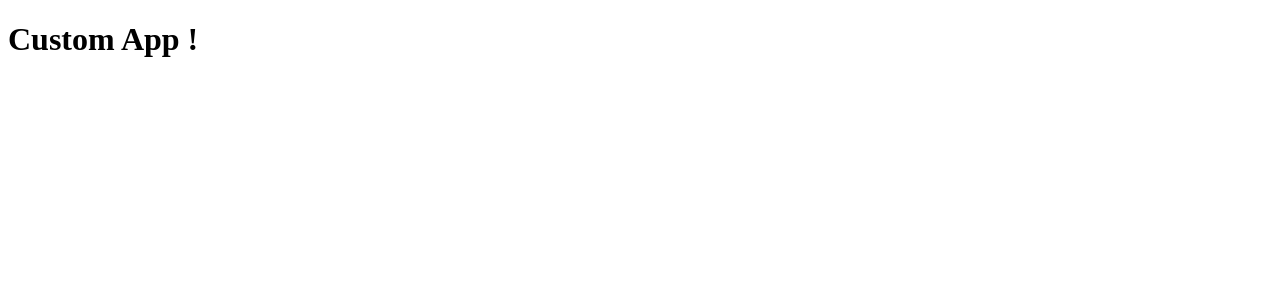
Repository: VishwaGoswami1407/React
Page: / (app in 01vitereact/)
These files come from the project's save history. The page is drawn as it stood at one moment and after the next save; the edit follows.
The browser window is 1280 px wide. The pictures show the whole page.
The project was rebuilt for these pictures with package versions that can differ from the ones it lists, and the page was loaded fresh each time. Also part of the build but not shown: 01vitereact/vite.config.js.

Above is the page before, as saved 2024-10-18 14:31:51.

After the next save:
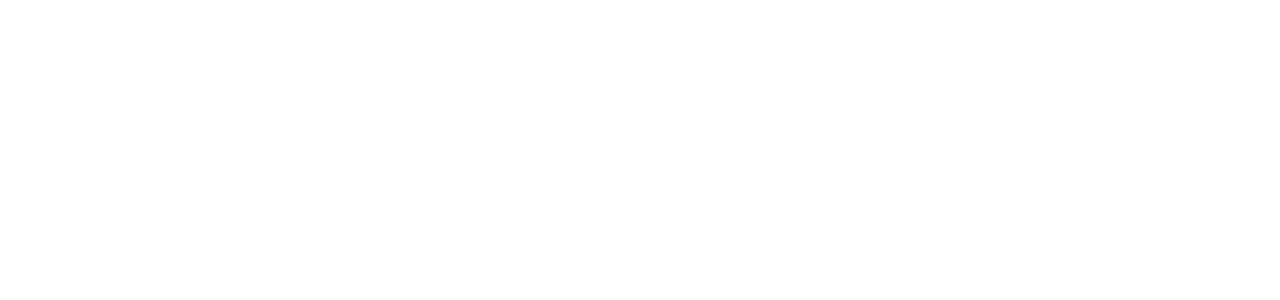
Saved 2 min 6 s later.
--- a/01vitereact/src/main.jsx
+++ b/01vitereact/src/main.jsx
@@ -1,4 +1,3 @@
-import { StrictMode } from 'react'
 import { createRoot } from 'react-dom/client'
 
 function MyApp(){
@@ -8,8 +7,24 @@
     </div>
   )
 }
+
+
+const reactElement = {
+  type: 'a',
+  props: {
+      href: 'http://google.comt',
+      target: '_blank',
+
+  },
+  children: 'Click me to visit google'
+}
+
+
+
 createRoot(document.getElementById('root')).render(
-  <StrictMode>
-    <MyApp />
-  </StrictMode>,
+  //MyApp() we can run like this
+  // <StrictMode>
+  //   <MyApp />
+  // </StrictMode>,
+  <reactElement />
 )

After the 5 saves that followed:
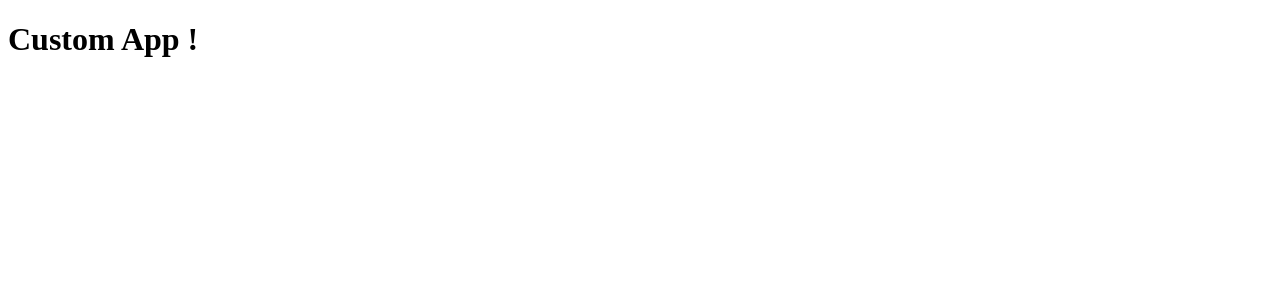
The 5 saves are shown as one change because 1 did not build or start and 3 left the picture as it was.
The last was saved 2 min 11 s later.
--- a/01vitereact/src/main.jsx
+++ b/01vitereact/src/main.jsx
@@ -9,7 +9,7 @@
 }
 
 
-const reactElement = {
+const ReactElement = {
   type: 'a',
   props: {
       href: 'http://google.comt',
@@ -24,7 +24,8 @@
 createRoot(document.getElementById('root')).render(
   //MyApp() we can run like this
   // <StrictMode>
-  //   <MyApp />
+    <MyApp />
   // </StrictMode>,
-  <reactElement />
+  // ReactElement
+  // <ReactElement />
 )
